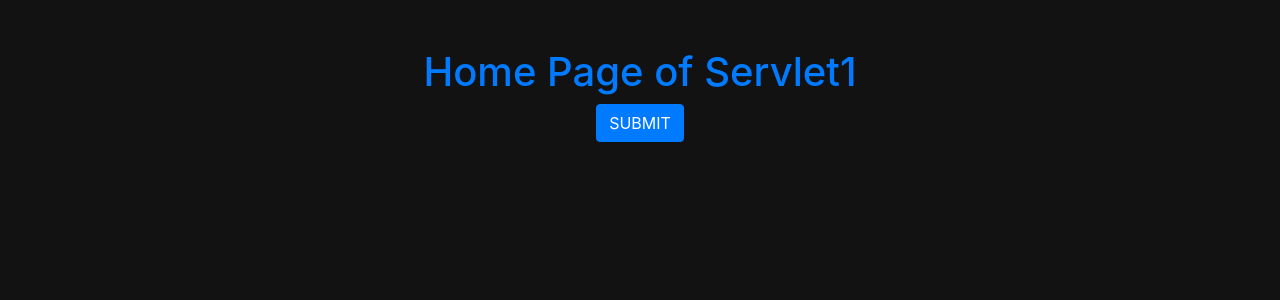
Repository: Gouravgilhare/Servlet
Page: http://localhost/SERVLET1/
The author's editor kept a copy of each file at every save. The page is drawn from the files as they stood at one save, then again after the next save.
The browser window is 1280 px wide. The pictures show the whole page.
The page is served by Tomcat 10.

Above is the page before, as saved 2025-07-16 11:48:55.

After the next save:
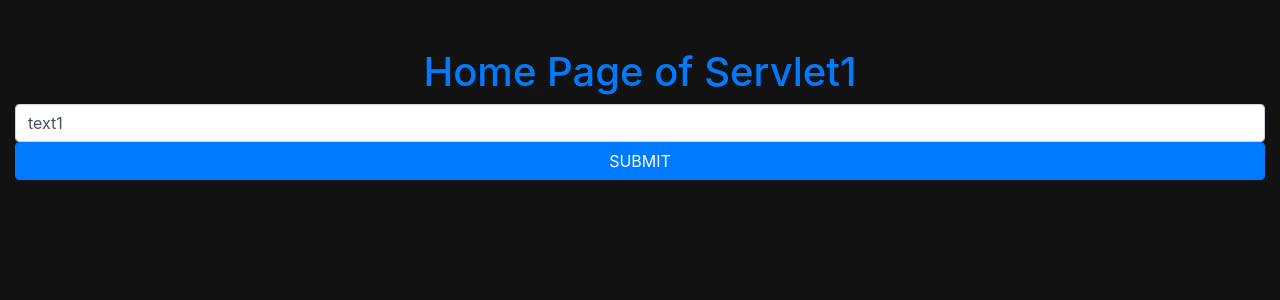
Saved 5 min 33 s later.
--- a/SERVLET1/src/main/webapp/index.jsp
+++ b/SERVLET1/src/main/webapp/index.jsp
@@ -16,7 +16,9 @@
             <h1 class="text-primary">Home Page of Servlet1</h1>
 
             <form action="<%= application.getContextPath() %>/third" method="POST">
-            	<input type="submit" class = "btn  btn-primary" value="SUBMIT" placeholder ="SUBMIT">
+
+            	<input type="text" class = "form-control" value="text1" placeholder ="Enter Text">
+            	<input type="submit" class = "btn form-control btn-primary" value="SUBMIT" placeholder ="SUBMIT">
             </form>
         </div>
     </div>
